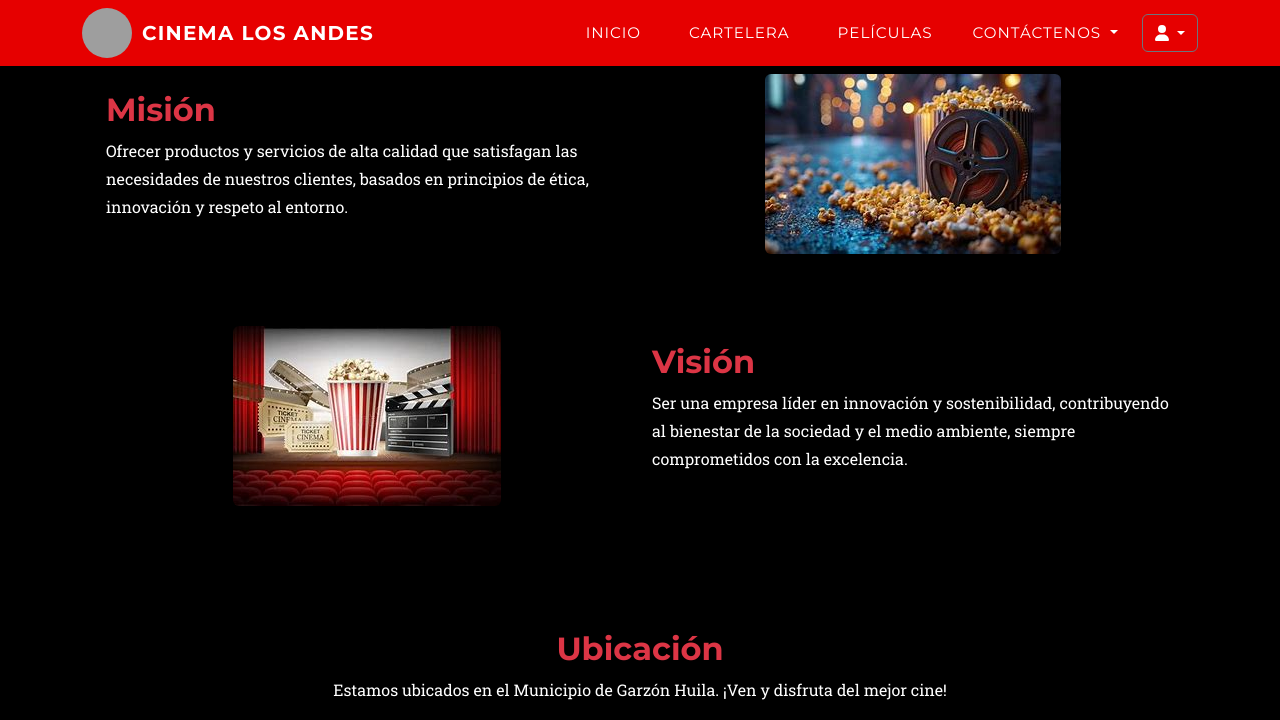
Repository: FelipeADSO/PROYECTO-SENA-FINAL
Page: cinema/templates/somos.html
These files come from the project's save history. The page is drawn as it stood at one moment and after a run of saves; the edit follows.
The browser window is 1280 px wide. The pictures show the part of the page from y = 0 to 720 px (the page is 1381 px tall before and 1487 px after).
Pictures or frames that could not be fetched are drawn as grey boxes. Some web libraries are served in a nearby version. The template is drawn by Django 5.2. The application's start-up code is not run. The template is opened directly, without the code that normally fills it, so the values that code supplies are empty.

Above is the page before, as saved 2025-03-06 08:46:23.

After the next 2 saves:
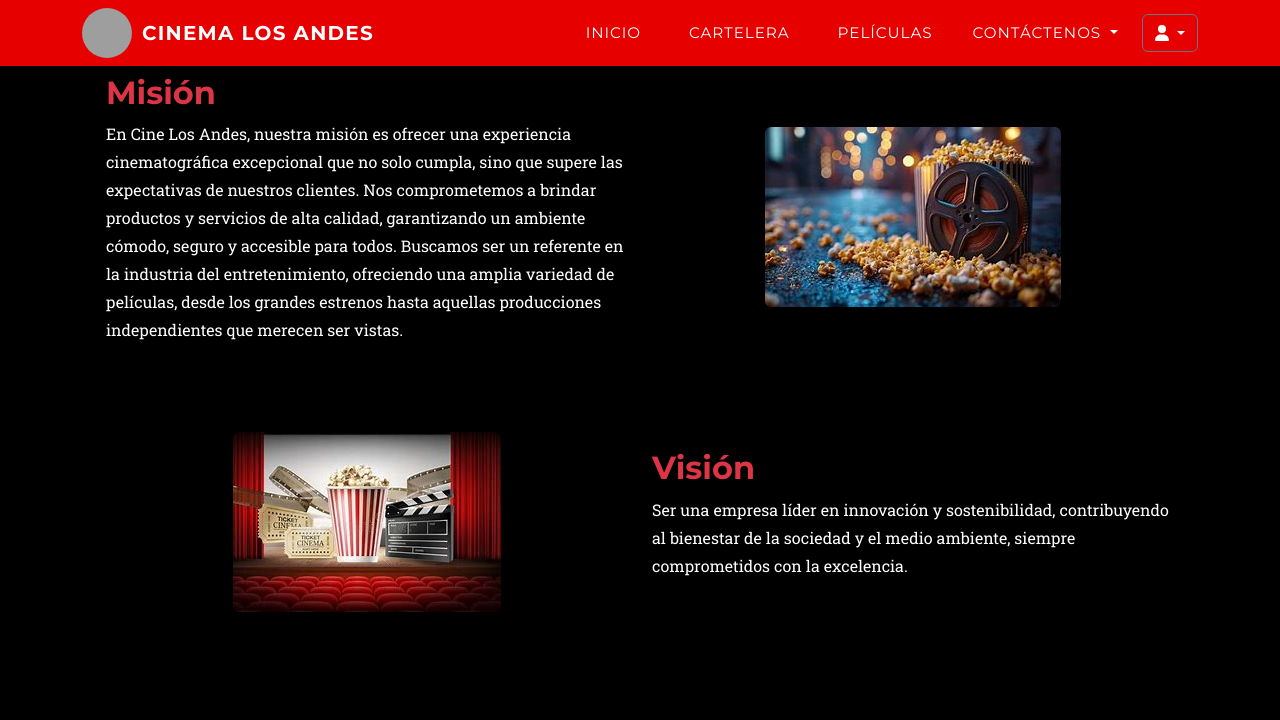
The 2 saves are shown as one change because they came seconds apart.
The last was saved 6 min 34 s later.
--- a/cinema/templates/somos.html
+++ b/cinema/templates/somos.html
@@ -47,8 +47,8 @@
                             <div class="col-md-6">
                                 <h2 class="text-danger">Misión</h2>
                                 <p>
-                                    Ofrecer productos y servicios de alta calidad que satisfagan las necesidades de nuestros clientes,
-                                    basados en principios de ética, innovación y respeto al entorno.
+                                    En Cine Los Andes, nuestra misión es ofrecer una experiencia cinematográfica excepcional que no solo cumpla, sino que supere las expectativas de nuestros clientes. Nos comprometemos a brindar productos y servicios de alta calidad, garantizando un ambiente cómodo, seguro y accesible para todos. Buscamos ser un referente en la industria del entretenimiento, ofreciendo una amplia variedad de películas, desde los grandes estrenos hasta aquellas producciones independientes que merecen ser vistas.
+
                                 </p>
                             </div>
                             <div class="col-md-6 text-center">
